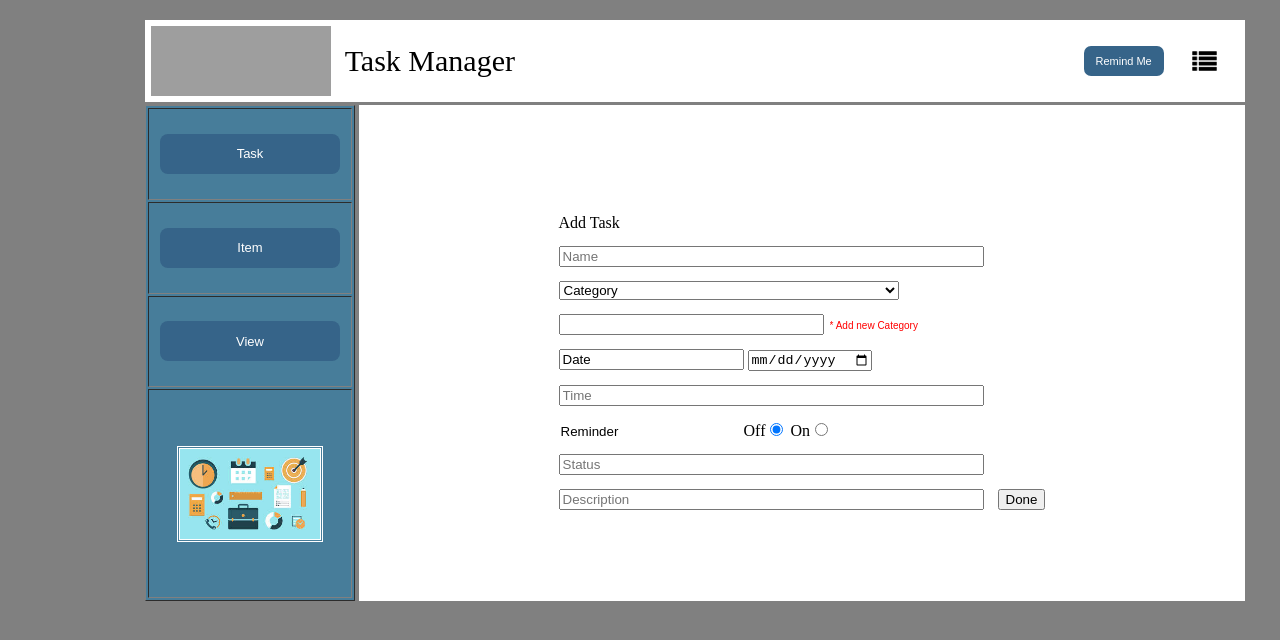
Repository: SnehaSalvi/TaskManagerProject
Page: http://localhost/TaskManagerChecklist/AddTask.jsp
The author's editor kept a copy of each file at every save. The page is drawn from the files as they stood at one save, then again after the next save.
The browser window is 1280 px wide. The pictures show the whole page.
Pictures or frames that could not be fetched are drawn as grey boxes. The page is served by Tomcat 9.

Above is the page before, as saved 2016-10-14 08:51:46.

After the next save:
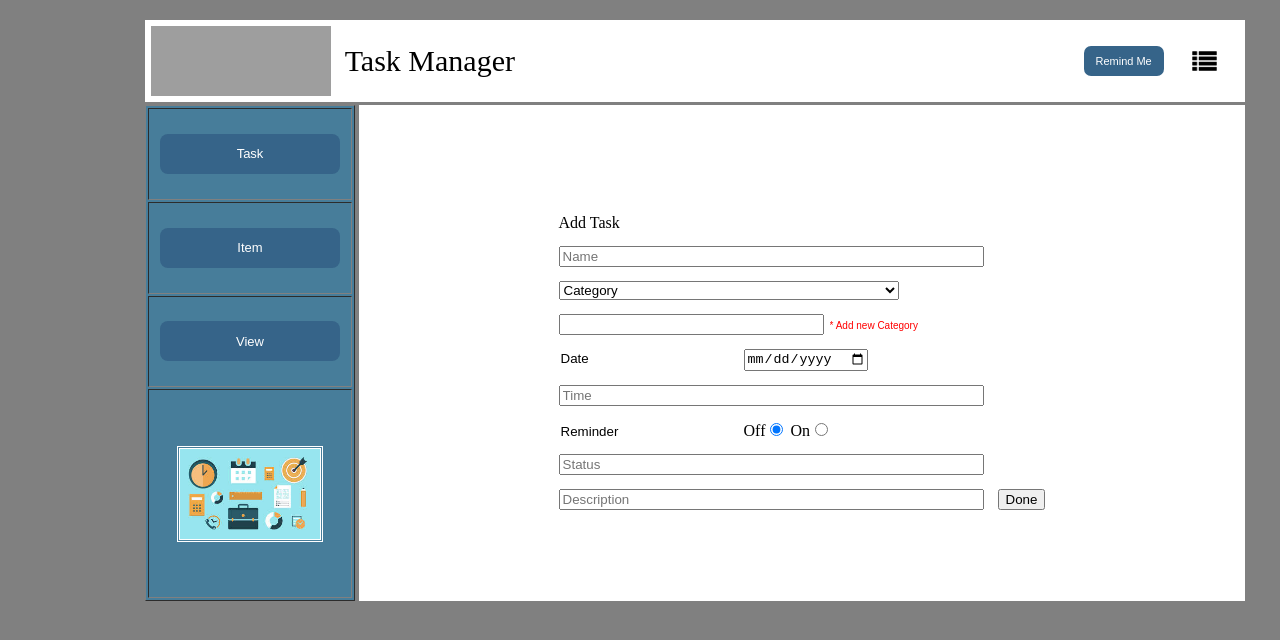
Saved 20 s later.
--- a/TaskManagerChecklist/WebContent/AddTask.jsp
+++ b/TaskManagerChecklist/WebContent/AddTask.jsp
@@ -93,7 +93,7 @@
 								</tr>
 								<tr>
 									<td colspan="2">
-										<input type="label" name="newdate" value="Date" required="required"/>
+										<input type="label" id="label2" name="newdate" value="Date" required="required"/>
 										<input type="date" name="date">
 									</td>
 								</tr>
